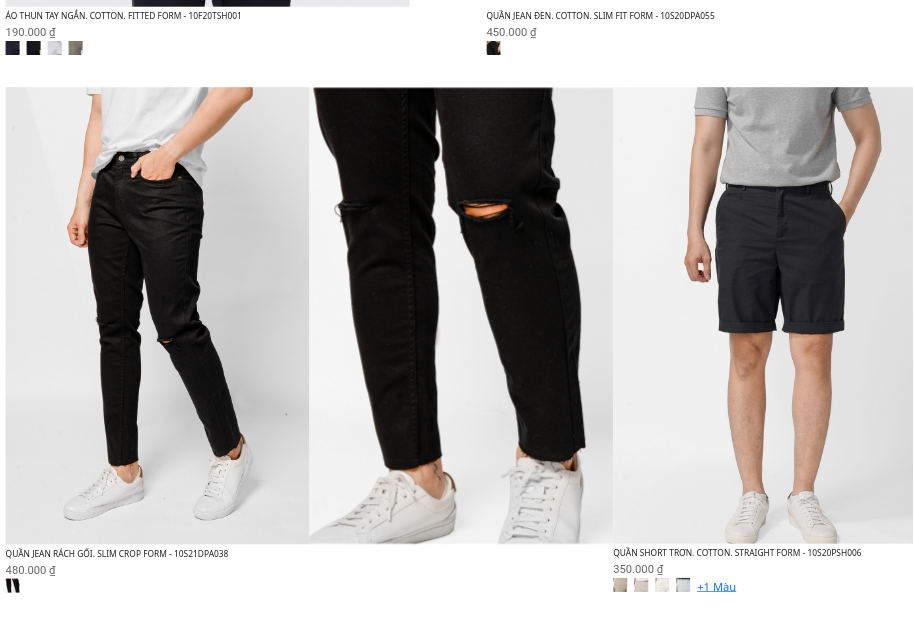
Repository: NguyenQuangQuan021099/FE_Page-Male
Page: Danh sách/page1.html
These files come from the project's save history. The page is drawn as it stood at one moment and after a run of saves; the edit follows.
The browser window is 1280 px wide. The page is 1305 px wide, so the pictures cover 1305 px, including what lies to the right of the window. The pictures show the part of the page from y = 3632 to 5512 px (the page is 4519 px tall before and 5512 px after), at 70% of full size.
Some web libraries are served in a nearby version.

Above is the page before, as saved 2021-07-02 11:37:29.

After the next 2 saves:
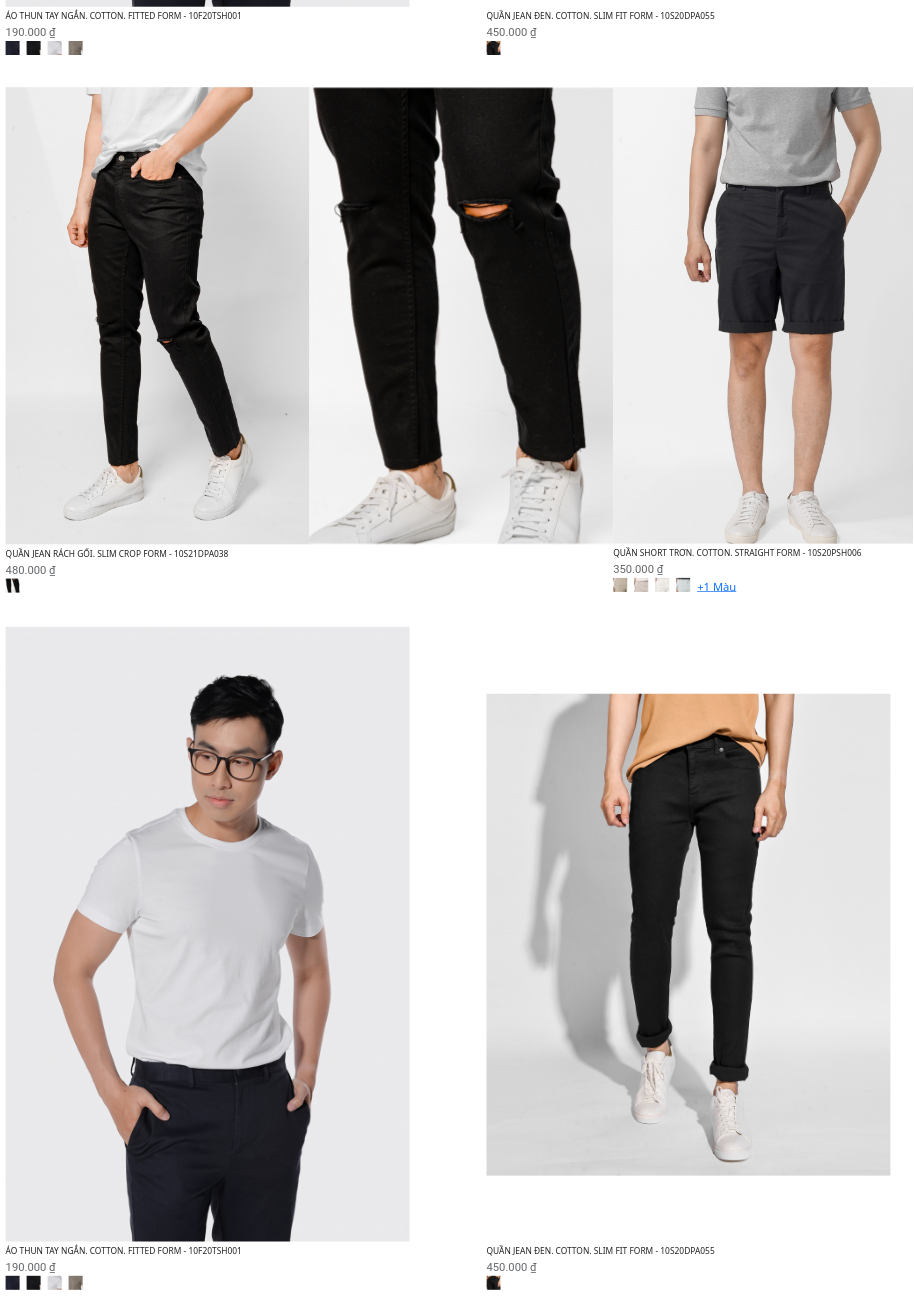
The 2 saves are shown as one change because they came seconds apart.
The last was saved 33 s later.
--- a/Danh sách/page1.html
+++ b/Danh sách/page1.html
@@ -275,6 +275,57 @@
           <!-- end quan soc tron-->
           </li>
 
+          <li class="product-item items">
+            <!-- begin ao thun tay ngan -->
+            <div class="product__item__info">
+            <a href="#"><img  src="./img/Áo thun tay ngắn/10f20tsh001.1_1.jpg" ></a>
+            <div class="sub__div">
+              <a href="#" class="content"> Áo thun tay ngắn. Cotton. Fitted form - 10F20TSH001 </a> <br>
+              <span class="price">190.000&nbsp;₫</span>
+              <div class="mini__img">
+                <a class="img__mini-7-1" href="http://google.com">
+                  <div class="sub__content">
+                    NIGHT SKY
+                  </div>
+                </a>
+                <a class="img__mini-7-2" href="http://google.com">
+                  <div class="sub__content">
+                    REAL BLACK
+                  </div>
+                </a>
+                <a class="img__mini-7-3" href="http://google.com">
+                  <div class="sub__content">
+                    BRIGHT WHITE
+                  </div>
+                </a>
+                <a class="img__mini-7-4" href="http://google.com">
+                  <div class="sub__content">
+                    BUNGEE CORD
+                  </div>
+                </a>
+              </div>
+            </div>
+            </div>
+            <!-- end ao thun tay ngan -->
+
+            <!-- begin quan jean den -->
+                <div class="product__item__info">
+                  <a href="#"><img  src="./img/Quần Jean đen/mausac_black_dsc_0716__2__0ac6d2bbb2a94f2da7f33ce337a26ece_7.jpg" alt="Quần Jean rách. SLIM CROP Form - 10F20DPA036" ></a>
+                  <div class="sub__div">
+                    <a href="#" class="content"> Quần JEAN đen. COTTON. SLIM FIT form - 10S20DPA055</a> <br>
+                    <span class="price">450.000&nbsp;₫</span>
+                    <div class="mini__img">
+                      <a class="img__mini-8"  href="#">
+                        <div class="sub__content">
+                          BLACK
+                        </div>
+                      </a>
+                    </div>
+                  </div>
+                </div>
+              <!-- end quan jean den -->
+          </li>
+
 
 
 
